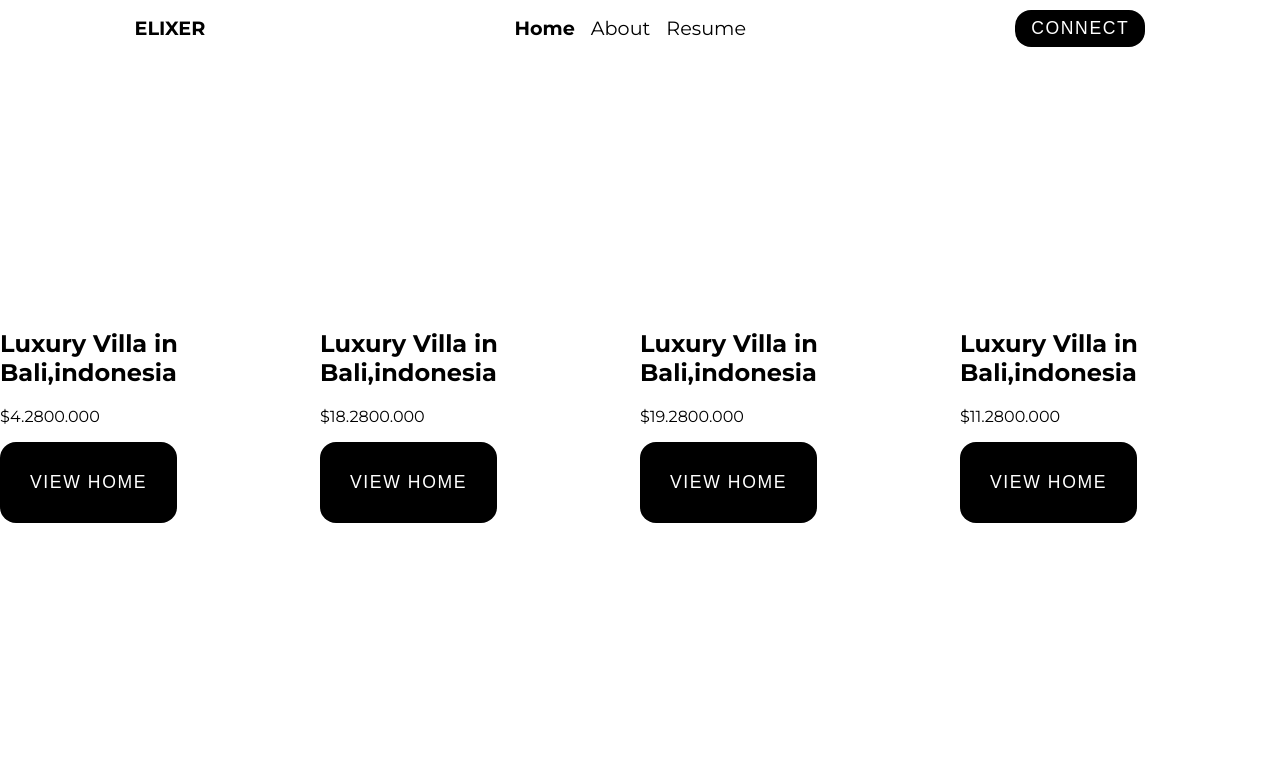
Repository: OmniaRafat232111121/ReactReal_stateanimation
Page: / (app in ReactReal_STate-main/)
These files come from the project's save history. The page is drawn as it stood at one moment and after a run of saves; the edit follows.
The browser window is 1280 px wide. The pictures show the whole page.
The project was rebuilt for these pictures with package versions that can differ from the ones it lists, and the page was loaded fresh each time. Imported but missing from the stored project, and not drawn on this page: ReactReal_STate-main/src/assets/imgOne jpg.

Above is the page before, as saved 2022-09-03 03:05:09.

After the next 2 saves:
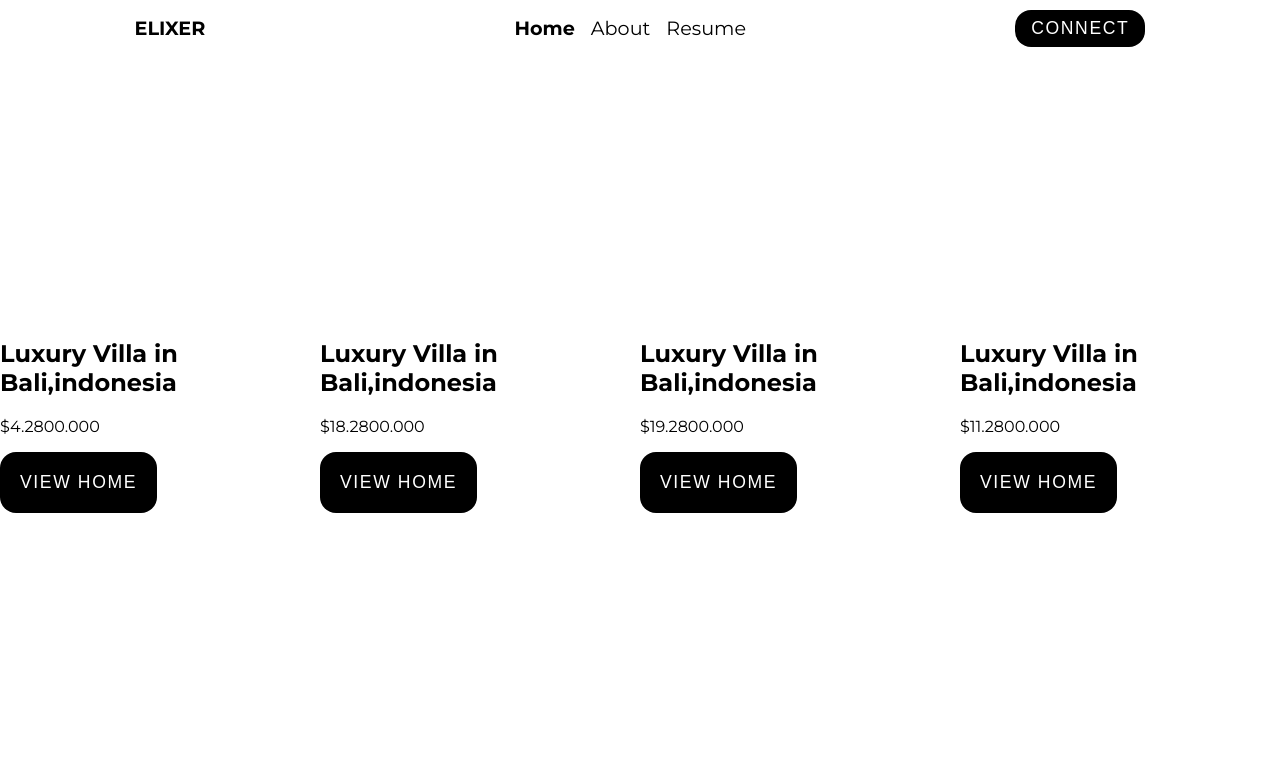
The 2 saves are shown as one change because they came seconds apart.
The last was saved 23 s later.
--- a/ReactReal_STate-main/src/components/Hero.jsx
+++ b/ReactReal_STate-main/src/components/Hero.jsx
@@ -31,7 +31,7 @@ const Button=styled.button`
     letter-spacing: 0.1rem;
     text-transform: uppercase;
     transition: 0.3s ease-in-out;
-    padding:30px;
+    padding:20px;
     &:hover {
       background-color: #0235e0;
     }`;
